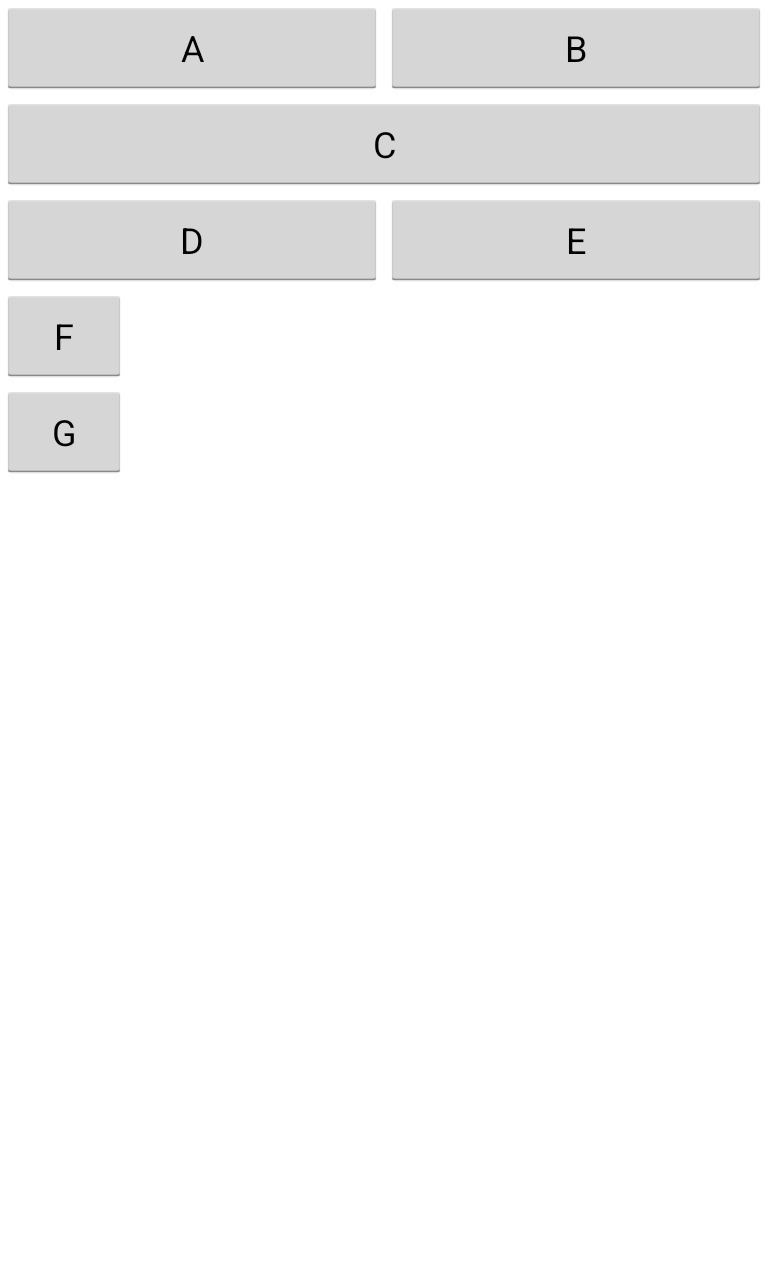
Repository: iracom/ejercicios-android
Layout: Layouts/res/layout/activity_main.xml
The author's editor kept a copy of each file at every save. The layout is drawn from the files as they stood at one save, then again after the next save.
It is drawn on a 768 x 1280 px phone screen (xhdpi) without system bars, with theme AppTheme; the app's code is not run.

Above is the layout before, as saved 2014-05-06 11:25:24.

### Layouts/res/layout/activity_main.xml
<LinearLayout xmlns:android="http://schemas.android.com/apk/res/android"
    xmlns:tools="http://schemas.android.com/tools"
    android:id="@+id/container"
    android:layout_width="match_parent"
    android:layout_height="match_parent"
    android:orientation="vertical"
    tools:context="com.iraitzcompains.layouts.MainActivity"
    tools:ignore="MergeRootFrame" >

    <LinearLayout
        android:layout_width="match_parent"
        android:layout_height="wrap_content" >

        <Button
            android:id="@+id/button1"
            android:layout_width="wrap_content"
            android:layout_height="wrap_content"
            android:layout_weight="1"
            android:text="@string/button_a" />

        <Button
            android:id="@+id/button2"
            android:layout_width="wrap_content"
            android:layout_height="wrap_content"
            android:layout_weight="1"
            android:text="@string/button_b" />
    </LinearLayout>

    <Button
        android:id="@+id/button3"
        android:layout_width="match_parent"
        android:layout_height="wrap_content"
        android:text="@string/button_c" />

    <LinearLayout
        android:layout_width="match_parent"
        android:layout_height="wrap_content" >

        <Button
            android:id="@+id/button4"
            android:layout_width="wrap_content"
            android:layout_height="wrap_content"
            android:layout_weight="1"
            android:text="@string/button_d" />

        <Button
            android:id="@+id/button5"
            android:layout_width="wrap_content"
            android:layout_height="wrap_content"
            android:layout_weight="1"
            android:text="@string/button_e" />

    </LinearLayout>

    <LinearLayout
        android:layout_width="match_parent"
        android:layout_height="wrap_content" >

        <LinearLayout
            android:layout_width="wrap_content"
            android:layout_height="match_parent"
            android:orientation="vertical" >

            <Button
                android:id="@+id/button6"
                android:layout_width="wrap_content"
                android:layout_height="wrap_content"
                android:layout_weight="1"
                android:text="@string/button_f" />

            <Button
                android:id="@+id/button7"
                android:layout_width="wrap_content"
                android:layout_height="wrap_content"
                android:layout_weight="2"
                android:text="@string/button_g" />

        </LinearLayout>

    </LinearLayout>

</LinearLayout>

### Layouts/res/values/strings.xml
<?xml version="1.0" encoding="utf-8"?>
<resources>

    <string name="app_name">Layouts</string>
    <string name="hello_world">Hello world!</string>
    <string name="action_settings">Settings</string>
    <string name="button_a">A</string>
    <string name="button_b">B</string>
    <string name="button_c">C</string>
    <string name="button_d">D</string>
    <string name="button_e">E</string>
    <string name="button_f">F</string>
    <string name="button_g">G</string>
    <string name="button_h">H</string>
    <string name="button_i">I</string>

</resources>

Loaded but not shown: Layouts/res/values/styles.xml (common file); Layouts/res/values-v11/styles.xml (common file); Layouts/res/values-v14/styles.xml (common file)

After the next save:
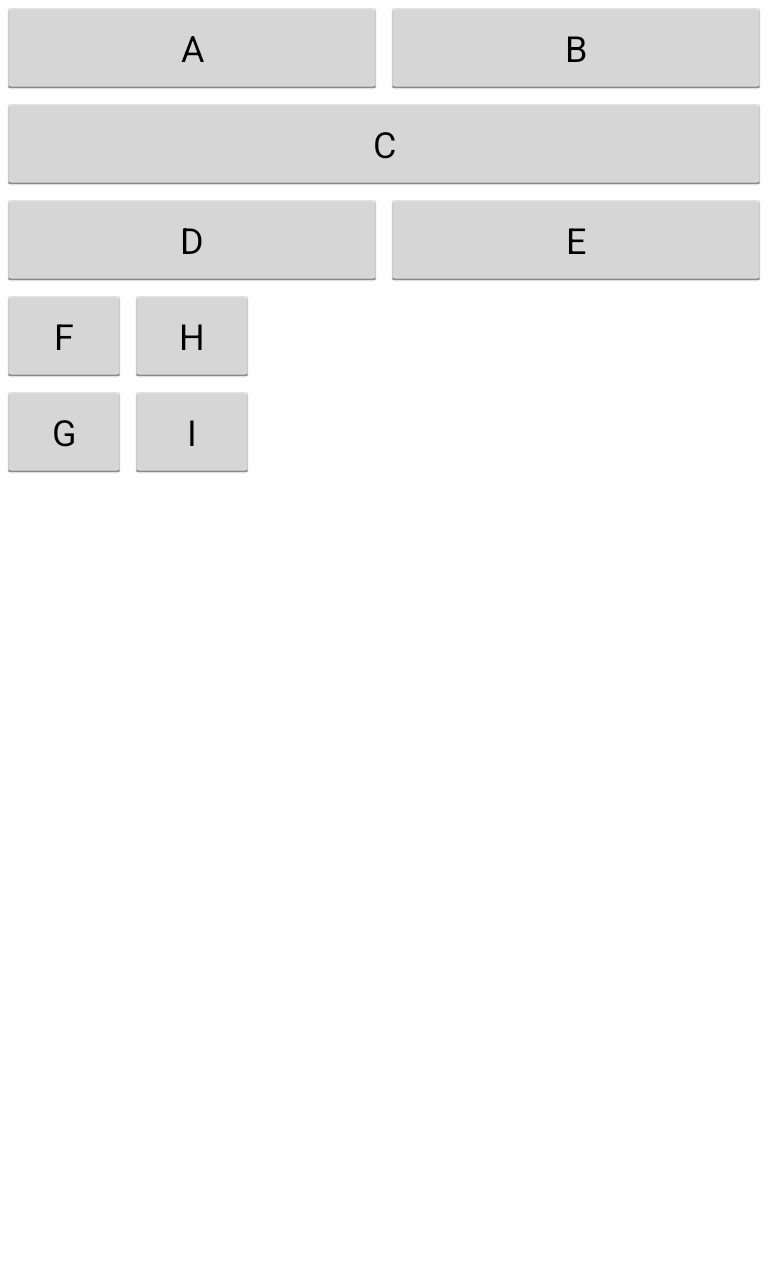
Saved 107 s later.
--- a/Layouts/res/layout/activity_main.xml
+++ b/Layouts/res/layout/activity_main.xml
@@ -77,6 +77,27 @@
 
         </LinearLayout>
 
+        <LinearLayout
+            android:layout_width="match_parent"
+            android:layout_height="wrap_content"
+            android:orientation="vertical" >
+
+            <Button
+                android:id="@+id/button8"
+                android:layout_width="wrap_content"
+                android:layout_height="wrap_content"
+                android:layout_weight="2"
+                android:text="@string/button_h" />
+
+            <Button
+                android:id="@+id/button9"
+                android:layout_width="wrap_content"
+                android:layout_height="wrap_content"
+                android:layout_weight="1"
+                android:text="@string/button_i" />
+
+        </LinearLayout>
+
     </LinearLayout>
 
 </LinearLayout>
